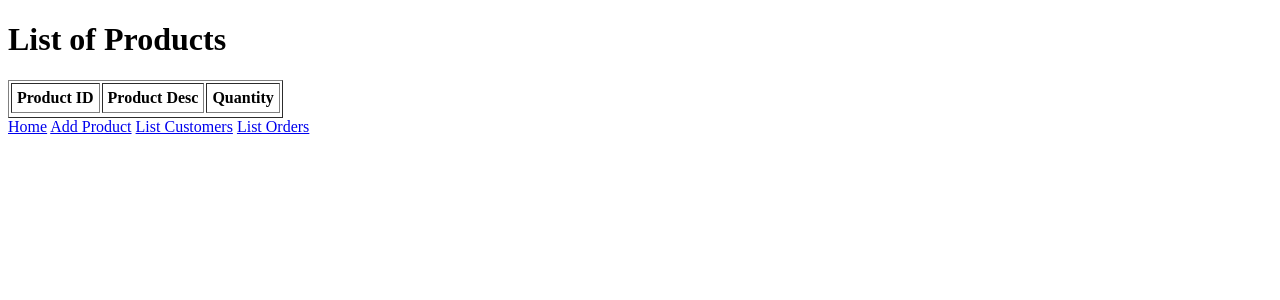
Repository: JackMcnamee/AdvDataCentricY3S2
Page: http://localhost/G00359656/jsp/showProducts.jsp
The author's editor kept a copy of each file at every save. The page is drawn from the files as they stood at one save, then again after the next save.
The browser window is 1280 px wide. The pictures show the whole page.
The page is served by Tomcat 9. Other server files are loaded and not shown. The template is opened directly, without the code that normally fills it, so the values that code supplies are empty.

Above is the page before, as saved 2020-04-29 21:52:08.

### G00359656/src/main/webapp/jsp/showProducts.jsp
<%@ page language="java" contentType="text/html; charset=ISO-8859-1"
    pageEncoding="ISO-8859-1"%>
<%@ taglib prefix="c" uri="http://java.sun.com/jsp/jstl/core" %>

<!DOCTYPE html>
<html>
<head>
<meta charset="ISO-8859-1">
<title>Insert title here</title>
</head>
<body>
<h1>List of Products</h1>
<table border="1" cellpadding="5">
  <tr>
   <th>Product ID</th>
   <th>Product Desc</th>
   <th>Quantity</th>
  </tr>
  <tr>
    <c:forEach items="${products}"
                 var="product">
      <tr>
        <td>${product.pId}</td>
        <td>${product.pDesc}</td>
        <td>${product.qtyInStock}</td>
      </tr>
    </c:forEach>
  </tr>
</table>
<a href="index.html" >Home</a>
<a href="addProduct.html" >Add Product</a>
<a href="showCustomers.html" >List Customers</a>
<a href="showOrders.html" >List Orders</a>
</body>
</html>

After the next save:
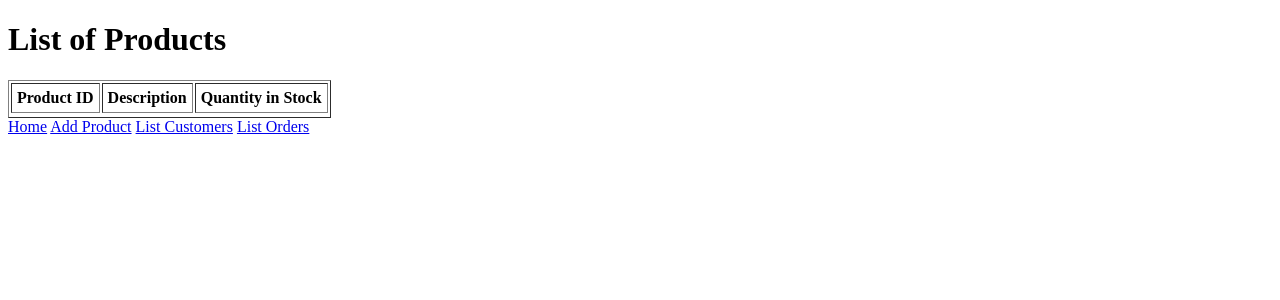
Saved 59 s later.
--- a/G00359656/src/main/webapp/jsp/showProducts.jsp
+++ b/G00359656/src/main/webapp/jsp/showProducts.jsp
@@ -13,8 +13,8 @@
 <table border="1" cellpadding="5">
   <tr>
    <th>Product ID</th>
-   <th>Product Desc</th>
-   <th>Quantity</th>
+   <th>Description</th>
+   <th>Quantity in Stock</th>
   </tr>
   <tr>
     <c:forEach items="${products}"
